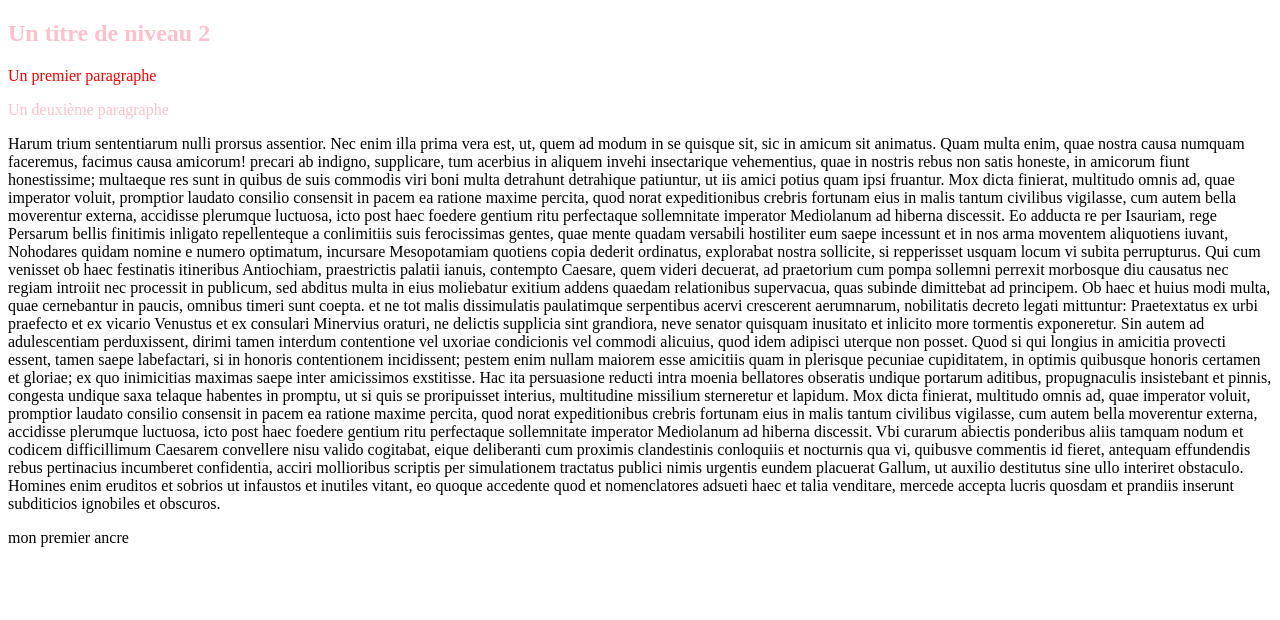
Repository: serviceshuios/-git-reference-java-lyon-worspace
Page: workspaceWeb/MaPremierePage/WebContent/IdetClass.html
These files come from the project's save history. The page is drawn as it stood at one moment and after the next save; the edit follows.
The browser window is 1280 px wide. The pictures show the whole page.

Above is the page before, as saved 2017-04-03 13:28:11.

After the next save:
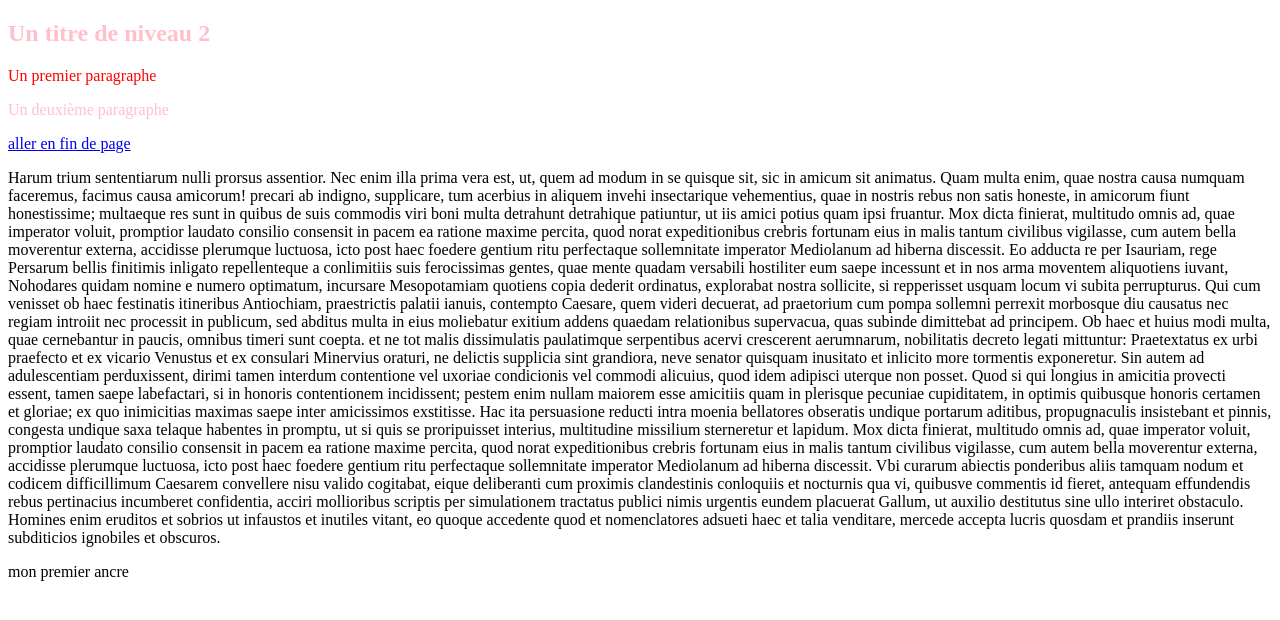
Saved 40 s later.
--- a/workspaceWeb/MaPremierePage/WebContent/IdetClass.html
+++ b/workspaceWeb/MaPremierePage/WebContent/IdetClass.html
@@ -8,7 +8,7 @@
 <body>
 	<h2 class="maclasse">Un titre de niveau 2</h2>
 	<p id="toto">Un premier paragraphe</p>
-	<p class="maclasse">Un deuxième paragraphe</p>
+	<p class="maclasse">Un deuxième paragraphe</p> <a href="#monAncre">aller en fin de page</a>
 	<p>
 	Harum trium sententiarum nulli prorsus assentior. Nec enim illa prima vera est, ut, quem ad modum in se quisque sit, sic in amicum sit animatus. Quam multa enim, quae nostra causa numquam faceremus, facimus causa amicorum! precari ab indigno, supplicare, tum acerbius in aliquem invehi insectarique vehementius, quae in nostris rebus non satis honeste, in amicorum fiunt honestissime; multaeque res sunt in quibus de suis commodis viri boni multa detrahunt detrahique patiuntur, ut iis amici potius quam ipsi fruantur.
 
